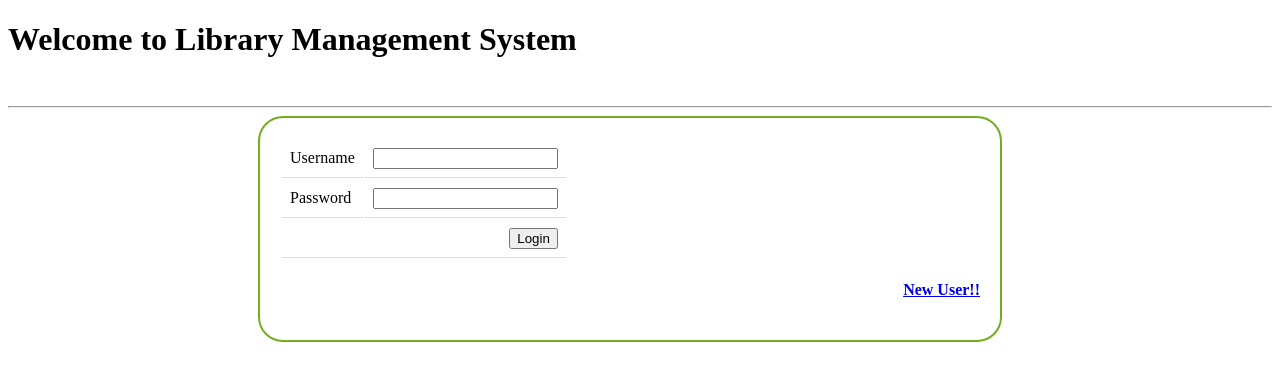
Repository: paragpatidar/LibraryManagementSystem
Page: http://localhost/LibraryManagementSystemSpring/
These files come from the project's save history. The page is drawn as it stood at one moment and after the next save; the edit follows.
The browser window is 1280 px wide. The pictures show the whole page.
The page is served by Tomcat 9. Nobody is signed in. The application's start-up code is not run. Other server files are loaded and not shown.

Above is the page before, as saved 2017-11-08 04:26:32.

### LibraryManagementSystemSpring/WebContent/index.jsp
<%@ page language="java" contentType="text/html; charset=ISO-8859-1"
	pageEncoding="ISO-8859-1"%>
<!DOCTYPE html PUBLIC "-//W3C//DTD HTML 4.01 Transitional//EN" "http://www.w3.org/TR/html4/loose.dtd">
<html>
<head>
<meta http-equiv="Content-Type" content="text/html; charset=ISO-8859-1">
<title>Insert title here</title>
<style>
#form {
    border-radius: 25px;
    border: 2px solid #73AD21;
    padding: 20px;
    margin-right : 270px;
    margin-left : 250px;
}

th, td {
    padding: 8px;
    border-bottom: 1px solid #ddd;
}
</style>

</head>
<body>
	<h1>Welcome to Library Management System</h1>
	<br>
	<hr>
	<div id="form">
	<form action="login.htm" method="post">
		<table>
			<tr>
				<td>Username</td>
				<td><input type="text" name="userName"></td>
			</tr>
			<tr>
				<td>Password</td>
				<td><input type="password" name="password"></td>
			</tr>
			<tr>
				<td colspan="2" align="right"><input type="submit" name="submit" value="Login"></td>
			</tr>
		</table>
	</form>
	<h4 align="right"><a href="newUser.htm">New User!!</a></h4>
	</div>
</body>
</html>

After the next save:
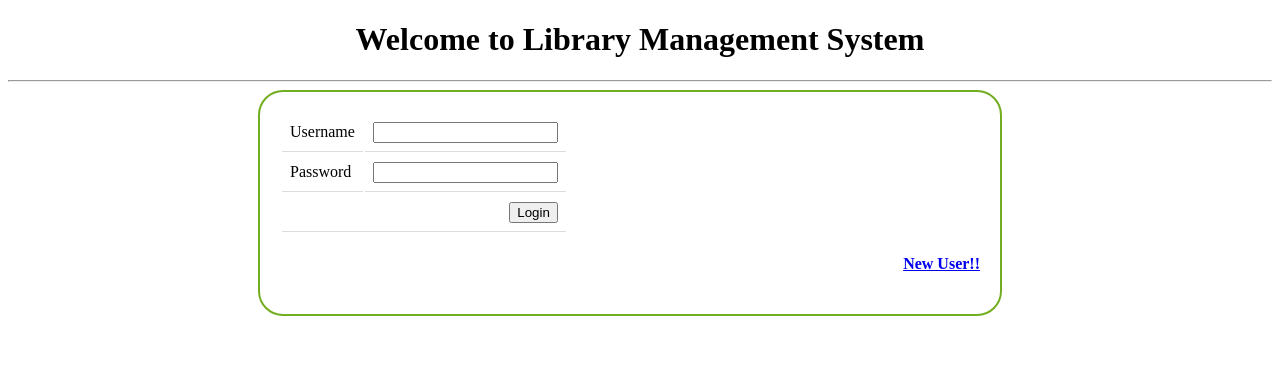
Saved 44 s later.
--- a/LibraryManagementSystemSpring/WebContent/index.jsp
+++ b/LibraryManagementSystemSpring/WebContent/index.jsp
@@ -22,8 +22,7 @@ th, td {
 
 </head>
 <body>
-	<h1>Welcome to Library Management System</h1>
-	<br>
+	<h1 align="center">Welcome to Library Management System</h1>
 	<hr>
 	<div id="form">
 	<form action="login.htm" method="post">
